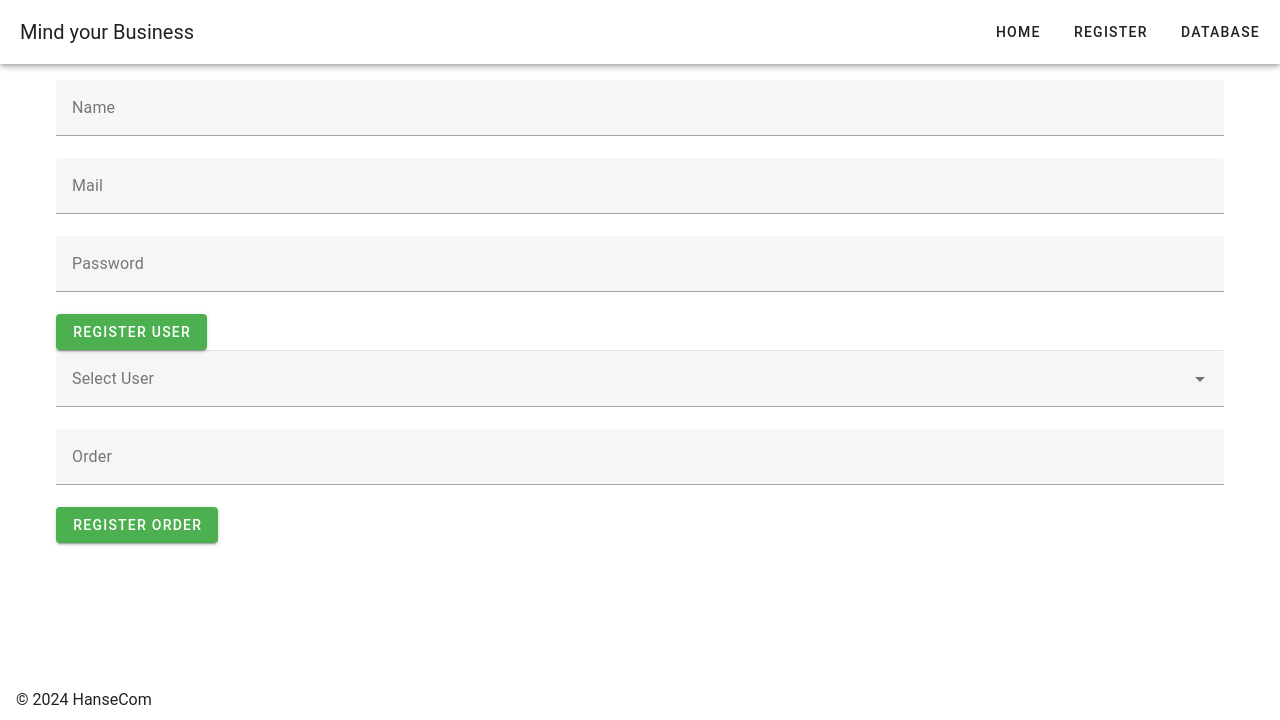
Repository: rubenmatias08/frontend-code-challenge
Page: /register (app in frontend/)
An editor plug-in stored every save of this project. The page is shown before and after the next save, followed by the edit.
The browser window is 1280 px wide. The pictures show the whole page.
The page's requests for data from a server got no answer. The project was rebuilt for these pictures with package versions that can differ from the ones it lists, and the page was loaded fresh each time. No one was signed in, and anything a server would have sent is missing. Also part of the build but not shown: frontend/vue.config.js, frontend/src/views/Home.vue, frontend/src/views/Database.vue.

Above is the page before, as saved 2024-10-07 11:44:42.

After the next save:
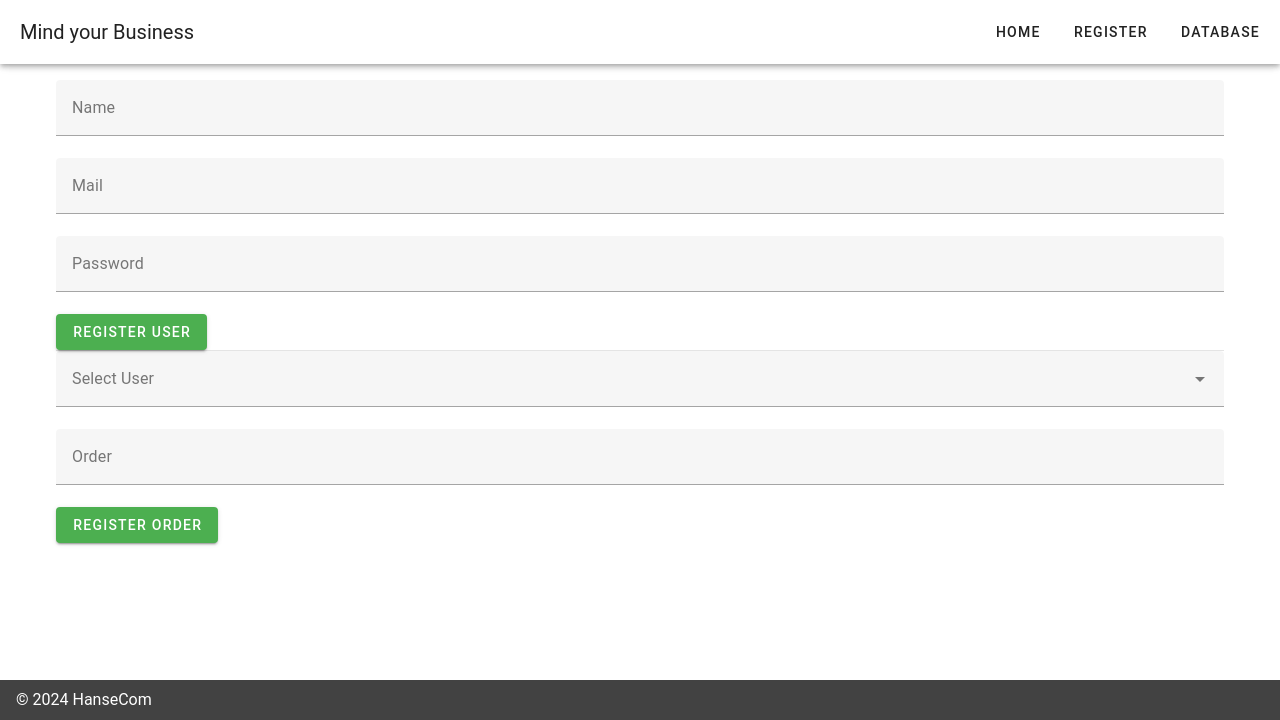
Saved 10 s later.
--- a/frontend/src/App.vue
+++ b/frontend/src/App.vue
@@ -23,3 +23,14 @@ export default {
   name: 'App',
 }
 </script>
+
+<style scoped>
+.v-app-bar {
+  background-color: #1976D2;
+}
+
+.v-footer {
+  background-color: #424242;
+  color: white;
+}
+</style>
